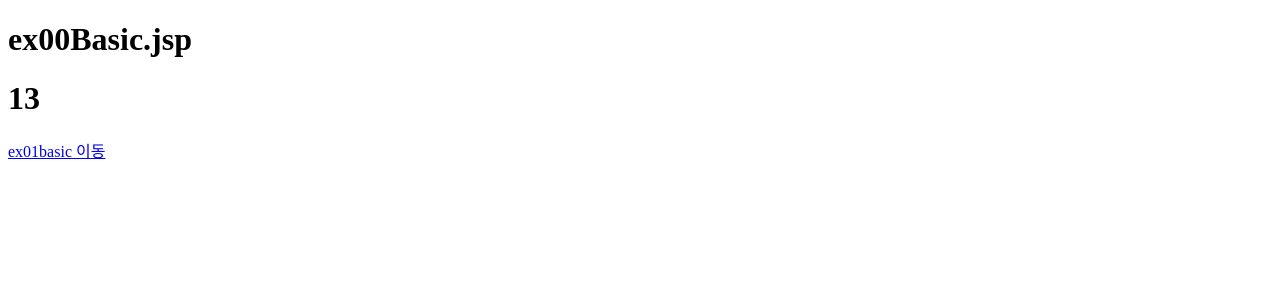
Repository: pyeonm30/PYMjspWorkspace
Page: http://localhost/basicJSP/ex00basic.jsp
An editor plug-in stored every save of this project. The page is shown before and after the next save, followed by the edit.
The browser window is 1280 px wide. The pictures show the whole page.
The page is served by Tomcat 9. Other server files are loaded and not shown.

Above is the page before, as saved 2024-01-29 08:20:34.

### basicJSP/src/main/webapp/ex00basic.jsp
<%@page import="java.time.format.DateTimeFormatter"%>
<%@page import="java.time.LocalDate"%>
<%@ page language="java" contentType="text/html; charset=UTF-8"
    pageEncoding="UTF-8"%>
<!DOCTYPE html>
<html>
<head>
<meta charset="UTF-8">
<title>Insert title here</title>
<%--
	[1] JSP는 자바 서버 페이지의 약자이다.

	[2] JSP의 역할
		HTML 페이지에서 아래 4개의 태그를 추가로 사용할 수 있다.

		(1) 지시자(Directive) 태그			<%@ %>
		(2) 표현식(Expression) 태그		    <%= %>  == oup.print() 결과 String
		(3) 스크립트릿(Scriptlet) 태그		<%  %>
		(4) 선언자(Declaration) 태그		<%! %>		(사용하지 않음)
 --%>

<%
   LocalDate today = LocalDate.now();
	System.out.println(today);
	String now = today.format(DateTimeFormatter.ofPattern("yyyy년 MM월 dd일"));
%>
</head>
<body>
<h1> ex00Basic.jsp</h1>

<%
// 스크립트릿 태그 안에서는 자바랑 똑같이 사용할 수 있다
   int num = 3 + 10;
%>

<h1> <%= num %> </h1>
<a href="./ex01basic.html"> ex01basic 이동 </a>
</body>
</html>

After the next save:
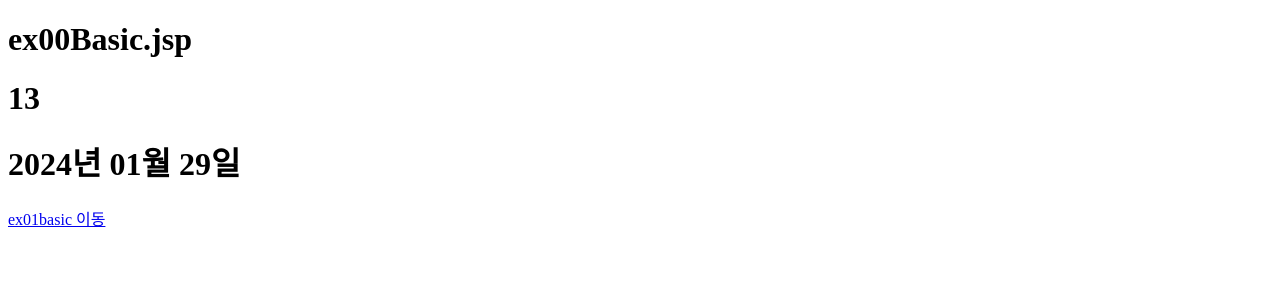
Saved 13 s later.
--- a/basicJSP/src/main/webapp/ex00basic.jsp
+++ b/basicJSP/src/main/webapp/ex00basic.jsp
@@ -34,6 +34,7 @@
 %>
 
 <h1> <%= num %> </h1>
+<h1> <%= now %></h1>
 <a href="./ex01basic.html"> ex01basic 이동 </a>
 </body>
 </html>
